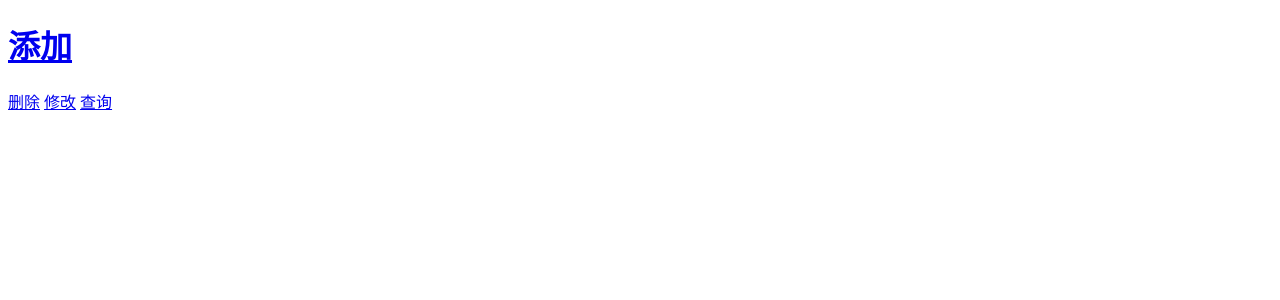
Repository: Matty-GCU/MyEclipse
Page: Java_Web_Learning/WebRoot/chapter06_JSP&JDBC/homework/stu_info_mng_sys.html
An editor plug-in stored every save of this project. The page is shown before and after the next save, followed by the edit.
The browser window is 1280 px wide. The pictures show the whole page.

Above is the page before, as saved 2021-10-16 09:14:54.

After the next save:
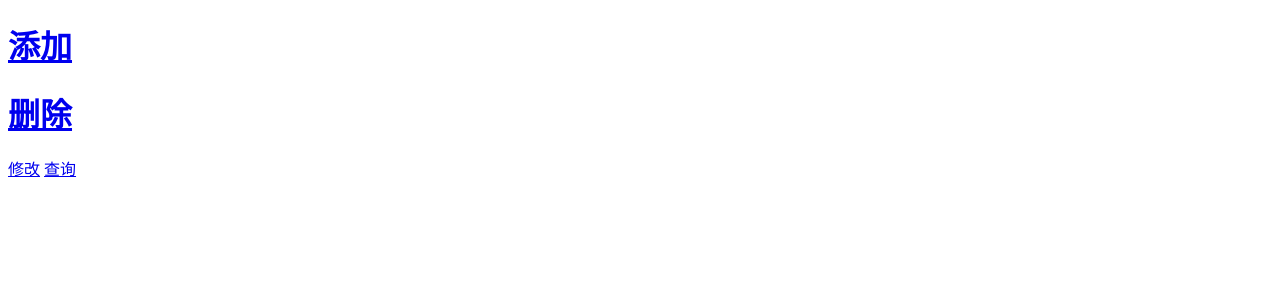
Saved 10 s later.
--- a/Java_Web_Learning/WebRoot/chapter06_JSP&JDBC/homework/stu_info_mng_sys.html
+++ b/Java_Web_Learning/WebRoot/chapter06_JSP&JDBC/homework/stu_info_mng_sys.html
@@ -12,10 +12,10 @@
 	</head>
 	<body>
 		<h1><a href="insert.jsp">添加</a></h1>
+		<h1><a href="delete.jsp">删除</a></h1>
 		<h1></h1>
 		<h1></h1>
-		<h1></h1>
-		<a href="delete.jsp">删除</a>
+
 		<a href="update.jsp">修改</a>
 		<a href="search.jsp">查询</a>
 	</body>
